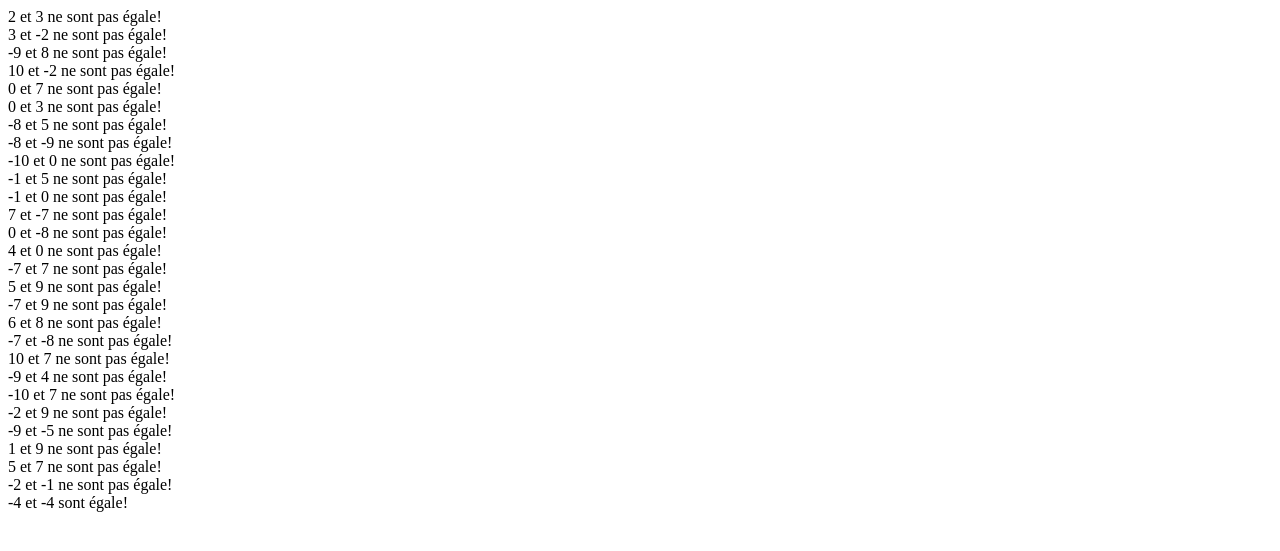
Repository: QuentinFayt/base-php-2021
Page: http://localhost/09-conditions.php
These files come from the project's save history. The page is drawn as it stood at one moment and after the next save; the edit follows.
The browser window is 1280 px wide. The pictures show the whole page.
The page is run by PHP 8.4 with error messages shown; the project is at /var/www/html/.

Above is the page before, as saved 2021-09-03 09:49:58.

After the next save:
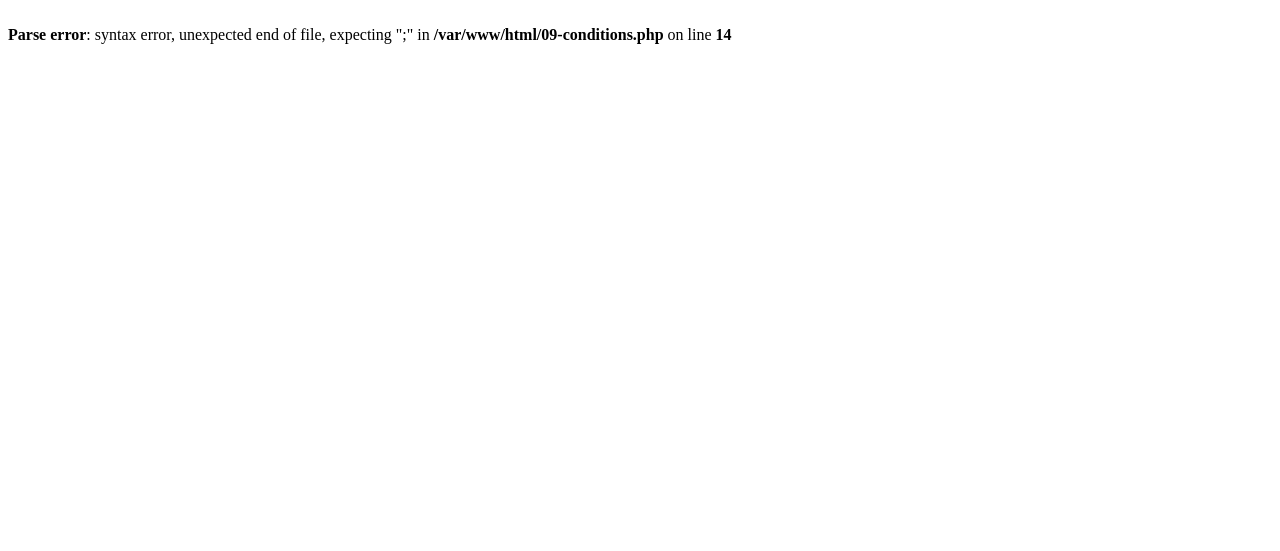
Saved 3 min 9 s later.
--- a/09-conditions.php
+++ b/09-conditions.php
@@ -2,7 +2,7 @@
 
 $x = 1;
 $y = 2;
-while ($x !== $y) {
+do {
     $x = mt_rand(-10, 10);
     $y = mt_rand(-10, 10);
     if ($x === $y) {
@@ -10,4 +10,4 @@
     } else {
         echo "$x et $y ne sont pas égale!</br>";
     }
-}
+}while ($x !== $y)

After the save that followed:
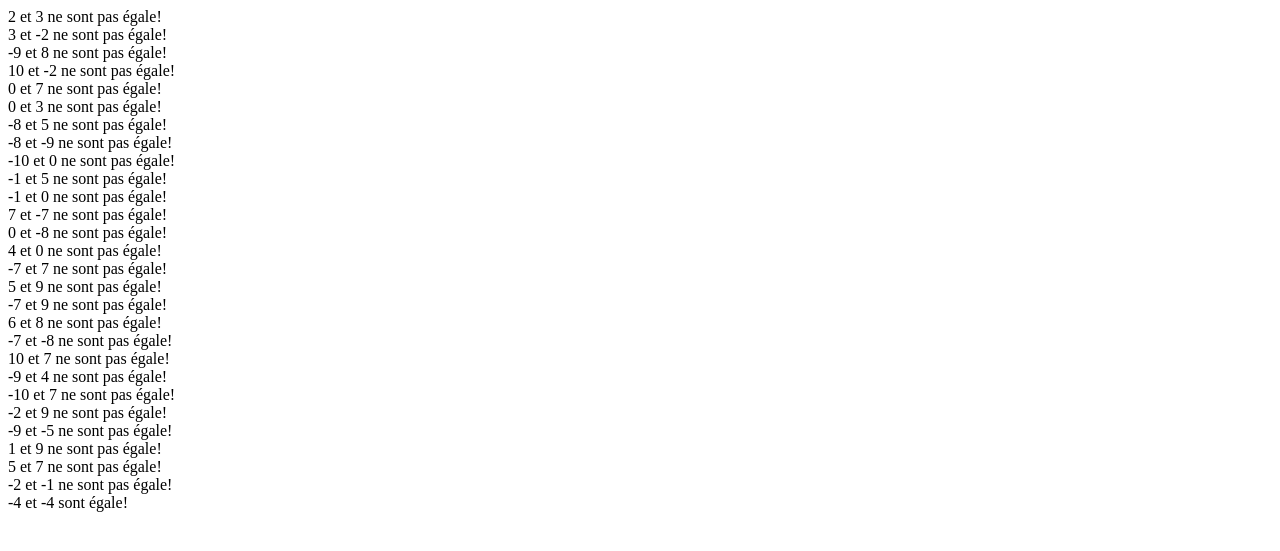
Saved 42 s later.
--- a/09-conditions.php
+++ b/09-conditions.php
@@ -1,7 +1,5 @@
 <?php
 
-$x = 1;
-$y = 2;
 do {
     $x = mt_rand(-10, 10);
     $y = mt_rand(-10, 10);
@@ -10,4 +8,4 @@
     } else {
         echo "$x et $y ne sont pas égale!</br>";
     }
-}while ($x !== $y)
+} while ($x !== $y);
